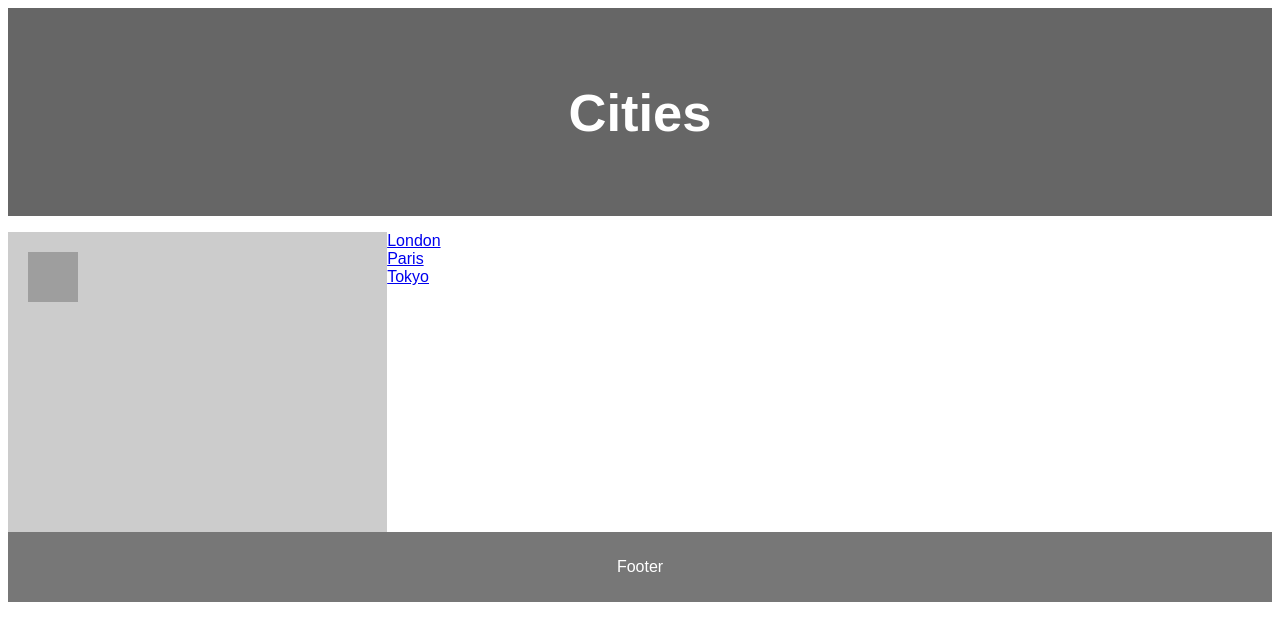
Repository: sandunigayanjali/Library_System
Page: http://localhost/library_management/studentProfile2.jsp
These files come from the project's save history. The page is drawn as it stood at one moment and after the next save; the edit follows.
The browser window is 1280 px wide. The pictures show the whole page.
Pictures or frames that could not be fetched are drawn as grey boxes. The page is served by Tomcat 9.

Above is the page before, as saved 2018-11-23 14:03:26.

### library management/WebContent/studentProfile2.jsp
<%@ page language="java" contentType="text/html; charset=ISO-8859-1"
    pageEncoding="ISO-8859-1"%>
<!DOCTYPE html PUBLIC "-//W3C//DTD HTML 4.01 Transitional//EN" "http://www.w3.org/TR/html4/loose.dtd">
<html>
<head>
 <meta charset="utf-8">
<meta name="viewport" content="width=device-width, initial-scale=1">
<title>Insert title here</title>

<style>
* {
    box-sizing: border-box;
}

body {
    font-family: Arial, Helvetica, sans-serif;
}

/* Style the header */
header {
    background-color: #666;
    padding: 30px;
    text-align: center;
    font-size: 35px;
    color: white;
}

/* Create two columns/boxes that floats next to each other */
aside{
    float: left;
    width: 30%;
    height: 300px; /* only for demonstration, should be removed */
    background: #ccc;
    padding: 20px;
}

/* Style the list inside the menu */
nav ul {
    list-style-type: none;
    padding: 0;
}

article {
    float: left;
    padding: 20px;
    width: 70%;
    background-color: #f1f1f1;
    height: 300px; /* only for demonstration, should be removed */
}

/* Clear floats after the columns */
section:after {
    content: "";
    display: table;
    clear: both;
}

/* Style the footer */
footer {
    background-color: #777;
    padding: 10px;
    text-align: center;
    color: white;
}

/* Responsive layout - makes the two columns/boxes stack on top of each other instead of next to each other, on small screens */
/*@media (max-width: 600px) {
    nav, article {
        width: 100%;
        height: auto;
    }
}*/

</style>

</head>
<body>

<header>
  <h2>Cities</h2>
</header>

<section>
<aside>
<img src="F:\library mangement\man.jpg" alt="Smiley face" width="50px" height="50px" align="left"></div>

</aside>
  <nav>
    <ul>
      <li><a href="#">London</a></li>
      <li><a href="#">Paris</a></li>
      <li><a href="#">Tokyo</a></li>
    </ul>
  </nav>


</section>

<footer>
  <p>Footer</p>
</footer>

</body>
</html>

After the next save:
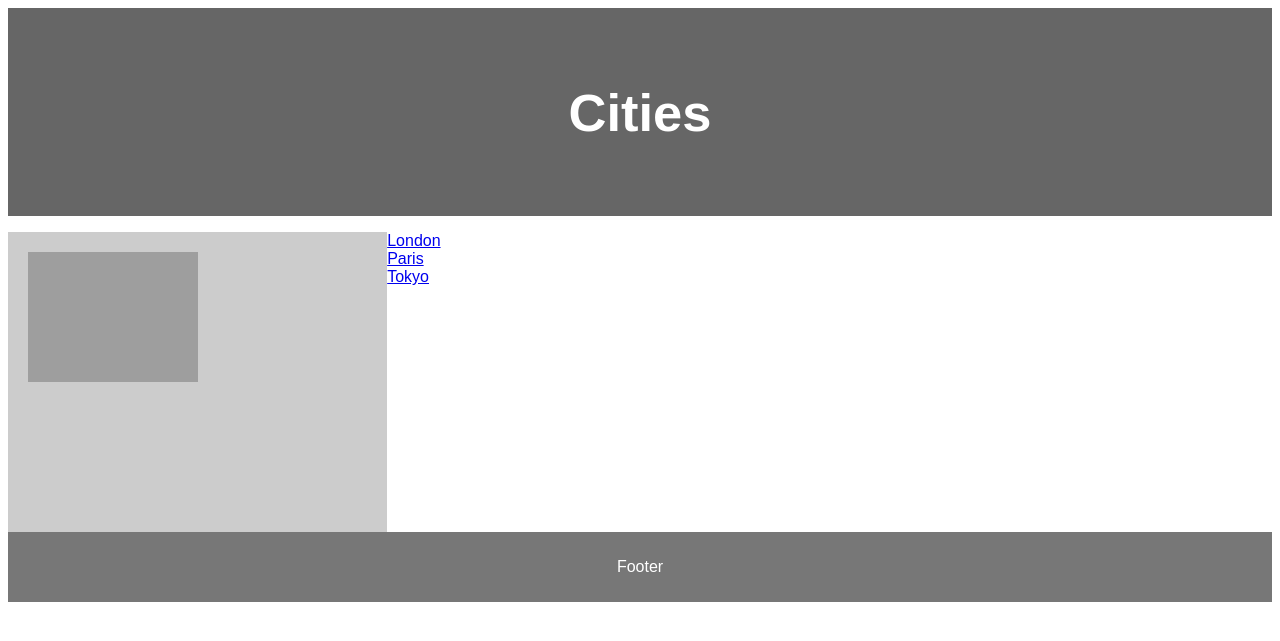
Saved 9 min 50 s later.
--- a/library management/WebContent/studentProfile2.jsp
+++ b/library management/WebContent/studentProfile2.jsp
@@ -82,7 +82,7 @@ footer {
 
 <section>
 <aside>
-<img src="F:\library mangement\man.jpg" alt="Smiley face" width="50px" height="50px" align="left"></div>
+<img src="F:\library mangement\man.jpg" alt="Smiley face" width="50%" height="50%" align="left"></div>
 
 </aside>
   <nav>
